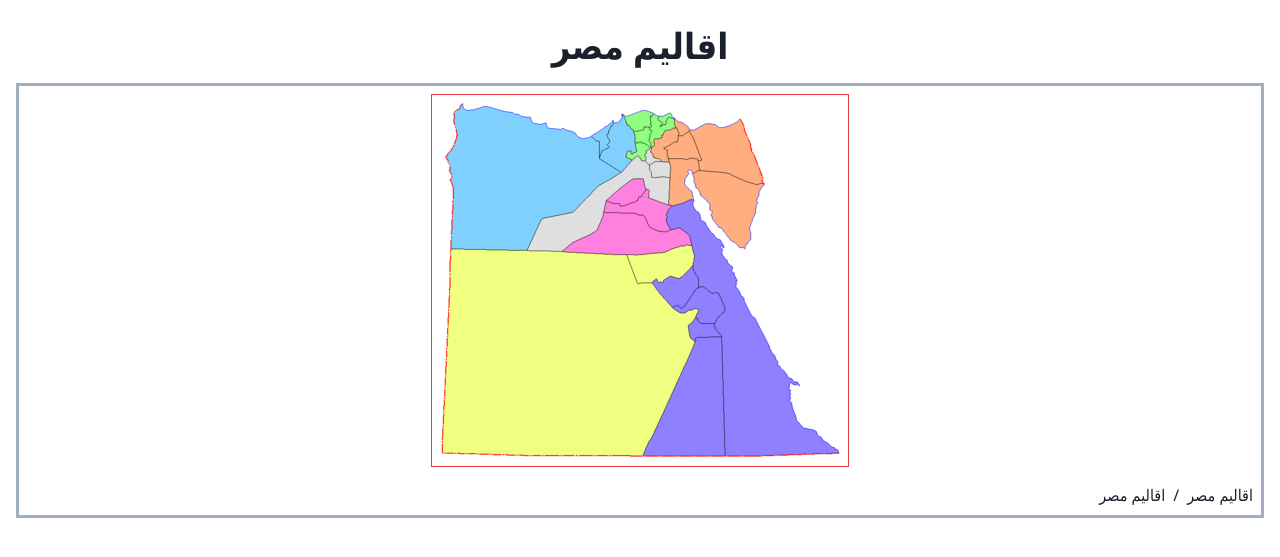
Repository: ahmed-mohamed-eng/egypt-gov-map
Page: /
An editor plug-in stored every save of this project. The page is shown before and after a run of saves, followed by the edit.
The browser window is 1280 px wide. The pictures show the whole page.
Some web fonts or font styles are not loaded; a fallback is used. The project was rebuilt for these pictures with package versions that can differ from the ones it lists, and the page was loaded fresh each time. The framework's server and built-in components were replaced by stand-ins that run in the browser. Also part of the build but not shown: next.config.js.

Above is the page before, as saved 2022-05-28 14:06:12.

### pages/_app.tsx
import "../styles/globals.css";

import type { AppProps } from "next/app";

import { ChakraProvider, extendTheme } from "@chakra-ui/react";

const theme = extendTheme({
  fonts: {
    heading: `"Aref Ruqaa" ,'Segoe UI', Tahoma, Geneva, Verdana, sans-serif`,
  }
});

function MyApp({ Component, pageProps }: AppProps) {
  return (
    <ChakraProvider theme={theme}>
      <Component {...pageProps} />
    </ChakraProvider>
  );
}

export default MyApp;

### pages/_document.tsx
import Document, {
  Html,
  Head,
  Main,
  NextScript,
  DocumentContext,
} from "next/document";

class MyDocument extends Document {
  static async getInitialProps(ctx: DocumentContext) {
    const initialProps = await Document.getInitialProps(ctx);
    return { ...initialProps };
  }

  render() {
    return (
      <Html dir="rtl" lang="ar">
        <Head />
        <body>
          <Main />
          <NextScript />
        </body>
      </Html>
    );
  }
}

export default MyDocument;

### pages/index.tsx
import type { NextPage } from "next";

// Custom Components
import Header from "../components/Header";
import PageContainer from "../components/PageContainer";
import MainContentArea from "../components/MainContentArea";

const Home: NextPage = () => {
  return (
    <PageContainer>
      <Header headerTitle="اقاليم مصر" />
      <MainContentArea />
    </PageContainer>
  );
};

export default Home;

### styles/globals.css
@import url('https://fonts.googleapis.com/css2?family=Aref+Ruqaa:wght@400;700&display=swap');

@tailwind base;
@tailwind components;
@tailwind utilities;

html,
body {
  padding: 0;
  margin: 0;
  font-family: -apple-system, BlinkMacSystemFont, Segoe UI, Roboto, Oxygen,
    Ubuntu, Cantarell, Fira Sans, Droid Sans, Helvetica Neue, sans-serif;
}

a {
  color: inherit;
  text-decoration: none;
}

* {
  box-sizing: border-box;
  font-family: "Aref Ruqaa" ,'Segoe UI', Tahoma, Geneva, Verdana, sans-serif;
}

### components/Header/index.tsx
export { Header as default } from "./Header";

### components/PageContainer/index.tsx
export { PageContainer as default } from "./PageContainer";

### components/MainContentArea/index.tsx
export { MainContentArea as default } from "./MainContentArea";

### components/Header/Header.tsx
import { Flex, Heading } from "@chakra-ui/react";

export interface HeaderProps {
  headerTitle: string;
}

export const Header = (props: HeaderProps) => {
  return (
    <Flex
      as="header"
      justifyContent="center"
      alignItems="center"
      fontSize="1.5rem"
      fontFamily="arabic"
    >
      <Heading as="h1">{props.headerTitle}</Heading>
    </Flex>
  );
};

### components/PageContainer/PageContainer.tsx
import { VStack } from "@chakra-ui/react"

export const PageContainer = (props: any) => {
  return (
    <VStack py="1.5rem" px="1rem" spacing="1rem">
        {props.children}
    </VStack>
  )
}

### components/MainContentArea/MainContentArea.tsx
import { VStack } from "@chakra-ui/react";

// Custom Components.
import MapArea from "./MapArea";
import QuickNavigationArea from "./QuickNavigationArea";

export const MainContentArea = () => {
  return (
    <VStack
      as="main"
      w="full"
      p="0.5rem"
      spacing="1rem"
      borderWidth="medium"
      borderColor="gray.400"
    >
      <MapArea />
      <QuickNavigationArea
        breadcrumbItems={[
          {
            text: "اقاليم مصر",
            url: "#",
          },
          {
            text: "اقاليم مصر",
            url: "#",
          },
        ]}
      />
    </VStack>
  );
};

### components/MainContentArea/MapArea/index.tsx
export { MapArea as default } from "./MapArea";

### components/MainContentArea/QuickNavigationArea/index.tsx
export { QuickNavigationArea as default } from "./QuickNavigationArea";

### components/MainContentArea/MapArea/MapArea.tsx
import { VStack } from "@chakra-ui/react";

// Custom Components.
import MapImage from "./MapImage";

export const MapArea = () => {
  return (
    <VStack w="full" spacing="0.5rem">
      <MapImage />
    </VStack>
  );
};

### components/MainContentArea/QuickNavigationArea/QuickNavigationArea.tsx
import { v4 as uuidV4 } from "uuid";

import { Breadcrumb, BreadcrumbItem, BreadcrumbLink } from "@chakra-ui/react";

export type BreadcrumbElement = {
  url: string;
  text: string;
};

export interface QuickNavigationAreaProps {
  breadcrumbItems: Array<BreadcrumbElement>;
}

export const QuickNavigationArea = (props: QuickNavigationAreaProps) => {
  const breadcrumbItems = props.breadcrumbItems.map((item) => {
    return (
      <BreadcrumbItem key={uuidV4()}>
        <BreadcrumbLink href={item.url}>{item.text}</BreadcrumbLink>
      </BreadcrumbItem>
    );
  });

  return <Breadcrumb w="full">{breadcrumbItems}</Breadcrumb>;
};

### components/MainContentArea/MapArea/MapImage/index.tsx
export { MapImage as default } from "./MapImage";

### components/MainContentArea/MapArea/MapImage/MapImage.tsx
import React from "react";

import { Flex, Image } from "@chakra-ui/react";

// Images Sources.
import mapImage from "../../../../images/Egypt_Provinces.webp";

export const MapImage = () => {
  return (
    <Flex borderWidth="thin" borderColor="red.500" p="0.5rem">
      <Image mixBlendMode="multiply" src={mapImage.src} alt="Egypt Province Map" />
    </Flex>
  );
};

Loaded but not shown: tailwind.config.js (common file)

After the next 2 saves:
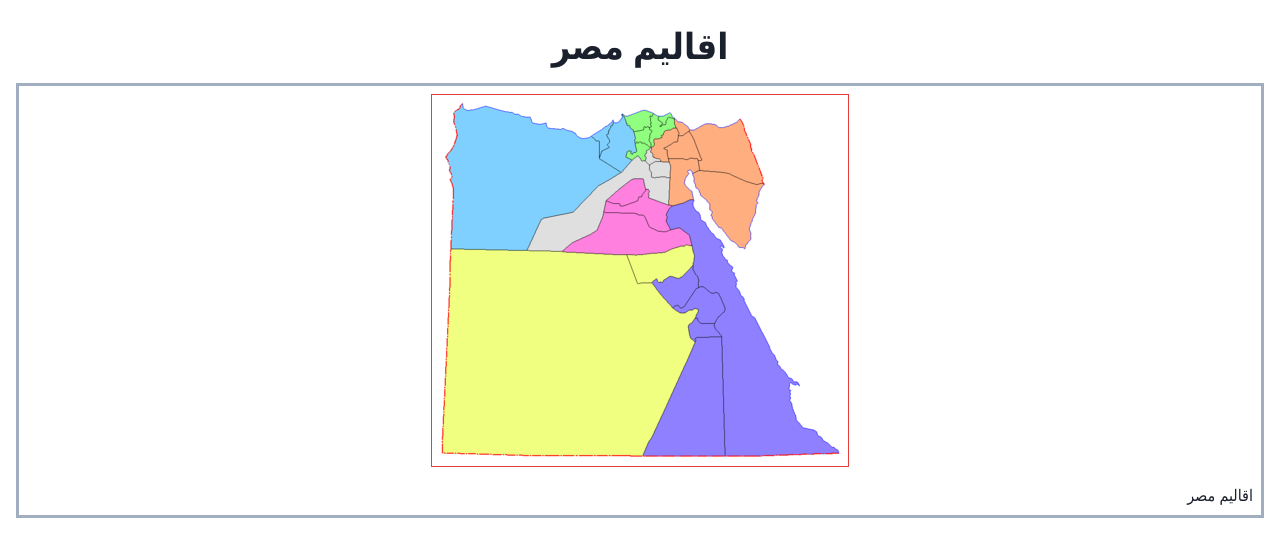
The 2 saves are shown as one change because they came seconds apart.
The last was saved 10 s later.
--- a/components/MainContentArea/MainContentArea.tsx
+++ b/components/MainContentArea/MainContentArea.tsx
@@ -21,10 +21,6 @@
             text: "اقاليم مصر",
             url: "#",
           },
-          {
-            text: "اقاليم مصر",
-            url: "#",
-          },
         ]}
       />
     </VStack>
